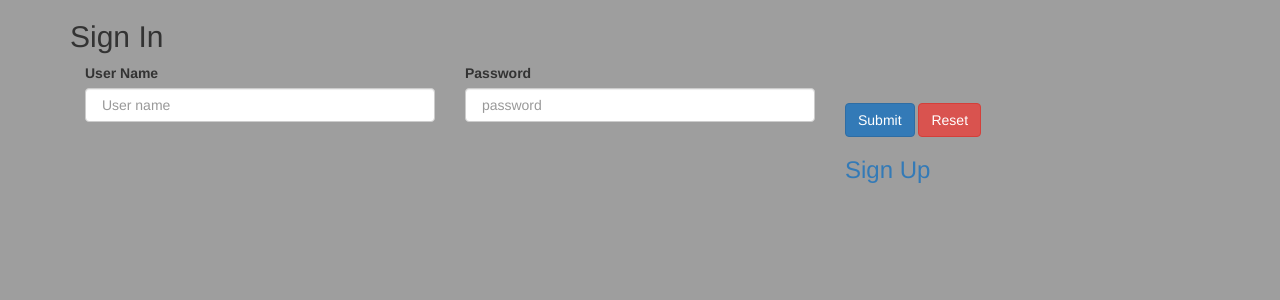
Repository: AravindMarshall/ShoppingCart
Page: http://localhost/Phineas/Login.jsp
These files come from the project's save history. The page is drawn as it stood at one moment and after the next save; the edit follows.
The browser window is 1280 px wide. The pictures show the whole page.
The page is served by Tomcat 9.

Above is the page before, as saved 2016-06-13 11:30:52.

After the next save:
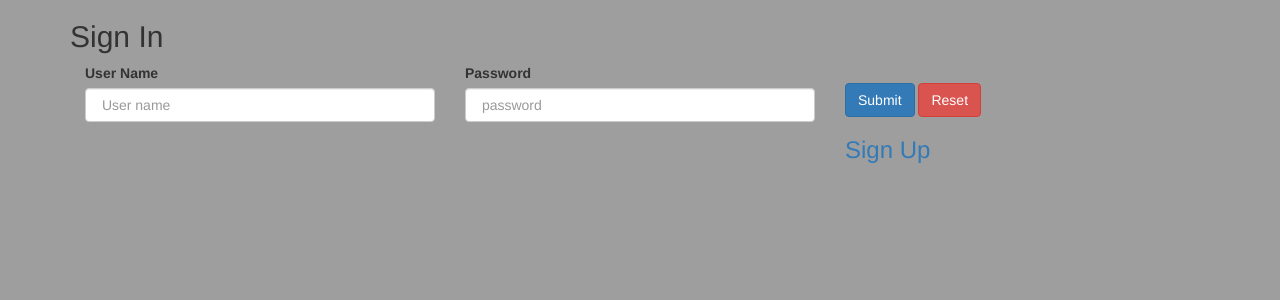
Saved 15 s later.
--- a/NIIT Shopping Cart/Phineas/WebContent/Login.jsp
+++ b/NIIT Shopping Cart/Phineas/WebContent/Login.jsp
@@ -36,7 +36,7 @@
 							<label for="Pass">Password</label> <input type="password"
 								class="form-control" name="password" placeholder=" password ">
 						</div>
-						<div class="col-sm-4"><br><br>
+						<div class="col-sm-4"><br>
 							<button type="submit" class="btn btn-primary">Submit</button>
 							<button type="Reset" class="btn btn-danger">Reset</button>
 							<a href="Register.jsp"><h3>Sign Up</h3></a>
